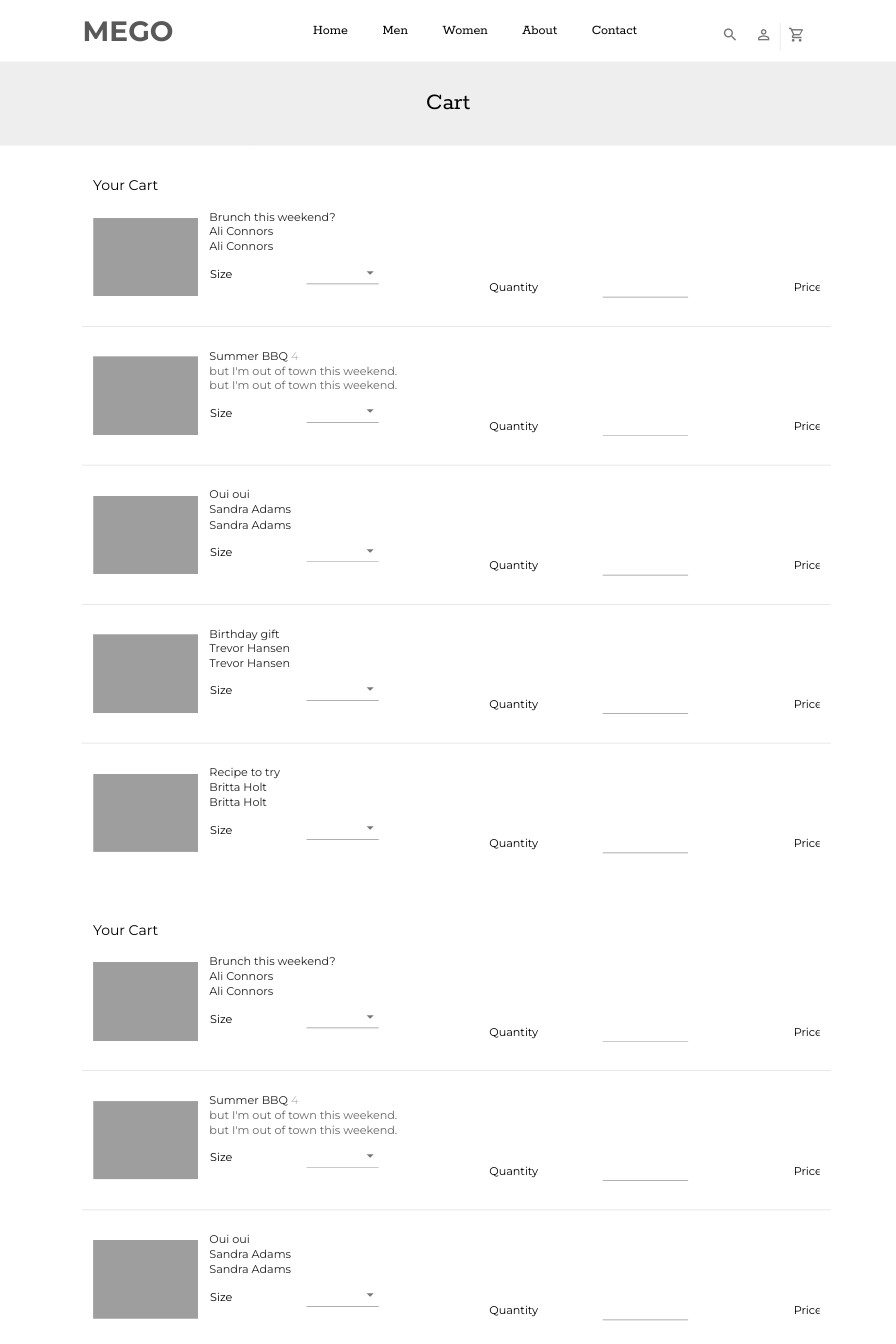
Repository: nguyenphuong152/mego-frontend
Page: /cart (app in frontend/)
The author's editor kept a copy of each file at every save. The page is drawn from the files as they stood at one save, then again after the next save.
The browser window is 1280 px wide. The pictures show the part of the page from y = 0 to 1920 px (the page is 2444 px tall before and 2684 px after), at 70% of full size.
Pictures or frames that could not be fetched are drawn as grey boxes. The project was rebuilt for these pictures with package versions that can differ from the ones it lists, and the page was loaded fresh each time. Also part of the build but not shown: frontend/vue.config.js, frontend/src/components/Customer/Collection.vue, frontend/src/components/Customer/Banner.vue, frontend/src/components/Customer/BestSeller.vue, frontend/src/components/Customer/Partner.vue, frontend/src/views/Customer/Home.vue, frontend/src/components/Customer/ProductCategory.vue, frontend/src/components/Customer/ProductView.vue and 10 more. Imported but missing from the stored project, and not drawn on this page: frontend/src/views/Admin/Category.vue, frontend/src/views/Admin/ManageProduct.vue, frontend/src/views/Admin/ManageUser.vue, frontend/src/views/Admin/OrderList.vue.

Above is the page before, as saved 2020-11-26 16:39:47.

### frontend/public/index.html
<!DOCTYPE html>
<html lang="en">
  <head>
    <meta charset="utf-8">
    <head>
      <title>MEGO</title>
    </head>
    <meta http-equiv="X-UA-Compatible" content="IE=edge">
    <meta name="viewport" content="width=device-width,initial-scale=1.0">
    <link rel="icon" href="<%= BASE_URL %>favicon.ico">
    <title><%= htmlWebpackPlugin.options.title %></title>
    <link href="https://fonts.googleapis.com/css?family=Montserrat:300,400,500,600,700" rel="stylesheet">
    <link href="https://fonts.googleapis.com/css?family=Rokkitt:100,300,400,700" rel="stylesheet">
    <link rel="stylesheet" href="https://fonts.googleapis.com/css?family=Roboto:100,300,400,500,700,900">
    <link rel="stylesheet" href="https://cdn.jsdelivr.net/npm/@mdi/font@latest/css/materialdesignicons.min.css">
  </head>
  <body>
    <noscript>
      <strong>We're sorry but <%= htmlWebpackPlugin.options.title %> doesn't work properly without JavaScript enabled. Please enable it to continue.</strong>
    </noscript>
    <div id="app"></div>
    <!-- built files will be auto injected -->
  </body>
</html>

### frontend/src/main.js
import Vue from 'vue'
import App from './App.vue'
import vuetify from './plugins/vuetify';
import router from './router'
import '../sass/style.scss'
import 'bootstrap/dist/css/bootstrap.css'
import 'bootstrap-vue/dist/bootstrap-vue.css'
import { BootstrapVue, IconsPlugin } from 'bootstrap-vue'

Vue.use(BootstrapVue)
// Optionally install the BootstrapVue icon components plugin
Vue.use(IconsPlugin)
Vue.config.productionTip = false

new Vue({
  vuetify,
  router,
  render: h => h(App)
}).$mount('#app')

### frontend/src/App.vue
<template>
  <v-app app>
    <v-container v-if="!['Admin', 'Banner', 'Category','Product','ManageUser','OrderList','Dashboard'].includes($route.name)">
      <Toolbar />
    </v-container>
    <v-main>
      <router-view></router-view>
    </v-main>
      <Footer v-if="!['Admin', 'Banner', 'Category','Product','ManageUser','OrderList','Dashboard'].includes($route.name)"/>
  </v-app>

</template>

<script>

import Footer from "./components/Customer/Footer";
import Toolbar from "./components/Customer/Toolbar";

export default {
  name: "App",

  components: {
    Toolbar,
    Footer
  },

  data: () => ({
    //
  }),
};
</script>

### frontend/src/plugins/vuetify.js
import Vue from 'vue';
import Vuetify from 'vuetify/lib';


Vue.use(Vuetify);

const vuetify = new Vuetify({
    theme: {
      themes: {
        light: {
          primary: '#000',
          secondary: '#b0bec5',
          accent: '#8c9eff',
          error: '#b71c1c',
        },
      },
    },
  })

export default new Vuetify({
    vuetify,
});

### frontend/src/router/index.js
import Vue from "vue";
import VueRouter from "vue-router";
import Home from "../views/Customer/Home.vue";
import Men from "../views/Customer/Men.vue";
import Women from "../views/Customer/Women.vue";
import Admin from "../views/Admin/Admin.vue";
import Product from "../views/Admin/ManageProduct.vue";
import Banner from "../views/Admin/Banner.vue";
import Category from "../views/Admin/Category.vue";
import ManageUser from "../views/Admin/ManageUser.vue";
import OrderList from "../views/Admin/OrderList.vue";
import Dashboard from "../views/Admin/Dashboard.vue"
//import ProductDetail from "../views/ProductDetail.vue"

Vue.use(VueRouter);

const routes = [
  {
    path: "/",
    name: "Home",
    component: Home,
  },
  {
    path: "/men",
    name: "Men",
    component: Men,
  },
  {
    path: "/women",
    name: "Women",
    component: Women,
  },
  {
    path: "/about",
    name: "About",
    // route level code-splitting
    // this generates a separate chunk (about.[hash].js) for this route
    // which is lazy-loaded when the route is visited.
    component: () =>
      import(/* webpackChunkName: "about" */ "../views/Customer/About.vue"),
  },
  {
    path: "/contact",
    name: "Contact",
    component: () =>
      import(/* webpackChunkName: "about" */ "../views/Customer/Contact.vue"),
  },
  {
    path: "/cart",
    name: "Cart",
    component: () =>
      import(/* webpackChunkName: "about" */ "../views/Customer/Cart.vue"),
  },
  {
    path: "/account",
    name: "Account",
    component: () =>
      import(/* webpackChunkName: "about" */ "../views/Customer/Account.vue"),
  },
  {
    path: "/userlogin",
    name: "UserLogin",
    component: () =>
      import(/* webpackChunkName: "about" */ "../views/Customer/UserLogin.vue"),
  },
  {
    path: "/checkout",
    name: "Checkout",
    component: () =>
      import(/* webpackChunkName: "about" */ "../views/Customer/Checkout.vue"),
  },
  {
    path: "/product/:id",
    name: "ProductDetail",
    component: () =>
      import(/* webpackChunkName: "about" */ "../views/Customer/ProductDetail.vue"),
  },
  {
    path: "/admin",
    name: "Admin",
    component: Admin,
    children: [
      {
        path: "/banner",
        name: "Banner",
        component: Banner,
      },
      {
        path: "/category",
        name: "Category",
        component: Category,
      },
      {
        path: "/product",
        name: "Product",
        component: Product,
      },
      {
        path: "/manageuser",
        name: "ManageUser",
        component: ManageUser,
      },
      {
        path: "/orderlist",
        name: "OrderList",
        component: OrderList,
      },
      {
        path: "/dashboard",
        name: "Dashboard",
        component: Dashboard,
      },
    ],
  },
];

const router = new VueRouter({
  mode: "history",
  base: process.env.BASE_URL,
  routes,
});

export default router;

### frontend/sass/style.scss

$font-primary: 'Montserrat',
Arial,
sans-serif;
$font-secondary: 'Rokkitt',
Georgia,
serif;


@import '~vuetify/src/styles/styles.sass';

// Overrides
$grid-gutter-width: 20px !default;
$border-radius-base: 4px !default;
$padding-base-vertical: 14px !default;

$brand-primary: #616161 !default;
$brand-secondary: #88c8bc !default;
$brand-yellow: #FFDD00 !default;
$brand-footer-color: #2C2E3E;

$brand-white: #fff;
$brand-black: #000;
$brand-darker: #444;
$brand-gray: #ccc;
$brand-lighter: #e9e9e9;
$brand-body-color: #e8e8e8;
$brand-selection-color: #f9f6f0;
$brand-overlay-color: #4c4a8a;
$brand-bg-color: $brand-white;

.v-btn {
  text-transform:none !important;
}
// .v-text-field{
//   width: 50px;
//   height: 10px;
// }

#app {
  -webkit-font-smoothing: antialiased;
  -moz-osx-font-smoothing: grayscale;

  text-align: center;
  .container {
    max-width: 1100px;
  }
  font: 300
}

.nav {
  padding-left: 0px;
  a {
    font-size: 20px;
    color: lighten($brand-black,35%);
    font-family: $font-secondary;
    text-decoration: none;
    font-weight: 500;
    &.router-link-exact-active {
      color: #42b983;
    }

  }
}

#logo {
  font-size: 40px;
  font-weight: 700;
  font-family: $font-primary;
  color: lighten($brand-black, 35%);
}


.slogan {
  font-size: 50px;
  color: #2c3e50;
  font-family: $font-secondary;
  text-decoration: none;
}

.title-collection{
  @extend .slogan;
  font-size: 25px;
}


.slogan-3 {
  @extend .slogan;
  font-size: 35px;
}

.title-shoes {
  @extend .slogan;
  font-size: 20px;
}


.footer-text {
  font-family:$font-primary;
  font-size: 16px;
}

.admin {
  font-family: $font-primary;
  font-size:16px;
}

.admin-nav {
  font-family: $font-primary !important;
  font-size: 20px !important;
  color: white !important;
}

### frontend/src/components/Customer/Footer.vue
<template>
  <v-footer class="white" padless>
    <v-row justify="center" no-gutters>
      <v-btn
        v-for="link in links"
        :key="link"
        color="black"
        text
        rounded
        class="my-2 footer-text"
      >
        {{ link }}
      </v-btn>
      <v-col class="white py-4 text-center fluid footer-text" cols="12">
        {{ new Date().getFullYear() }} — <strong>Made with love</strong>
      </v-col>
    </v-row>
  </v-footer>
</template>

<script>
export default {
  data: () => ({
    links: ["Home", "About Us", "Team", "Services", "Blog", "Contact Us"],
  }),
};
</script>

<style></style>

### frontend/src/components/Customer/Toolbar.vue
<template>
  <v-toolbar flat>
    <v-row class="d-flex align-baseline">
      <v-col cols="3" class="d-flex justify-lg-start">
        <v-toolbar-title id="logo">MEGO</v-toolbar-title>
      </v-col>
      <v-col class="d-flex justify-space-around text-start nav">
        <router-link to="/">Home</router-link>
        <router-link to="/men">Men</router-link>
        <router-link to="/women">Women</router-link>
        <router-link to="/about">About</router-link>
        <router-link to="/contact">Contact</router-link>
      </v-col>
      <v-col cols="2" class="d-flex justify-end">
        <v-btn icon>
          <v-icon>mdi-magnify</v-icon>
        </v-btn>
        <v-menu
          open-on-hover
          top
          offset-y
          :position-x="960"
          :position-y="230"
          absolute
        >
          <template v-slot:activator="{ on, attrs }">
            <v-btn icon v-bind="attrs" v-on="on">
              <v-icon>mdi-account-outline</v-icon>
            </v-btn>
          </template>

          <v-list class="text-start nav">
            <v-list-item v-for="(item, index) in routes" :key="index" :to="item.path">
              <v-list-item-title>{{ item.name }}</v-list-item-title>
            </v-list-item>
          </v-list>
        </v-menu>
        <v-divider vertical inset></v-divider>
        <v-btn icon @click="goToCart">
          <v-icon>mdi-cart-outline</v-icon>
        </v-btn>
      </v-col>
    </v-row>
  </v-toolbar>
</template>

<script>
export default {
  data: () => ({
    routes: [
      {
        path:"/checkout",
        name:"Check Out"
       },
       {
        path:"/account",
        name:"My Account"
       },
       {
        path:"/userlogin",
        name:"User Login"
       },

    ],
  }),
  methods: {
     goToCart: function() {
     this.$router.push({name: 'Cart'})
     }
  }
};
</script>

<style></style>

### frontend/src/views/Customer/Cart.vue
<template>
  <div class="cart app">
   <v-sheet color="grey lighten-3" height="120">
      <v-container py-8>
        <a class="slogan-3">Cart</a>
      </v-container>
    </v-sheet>
     <div>
       <v-container>
 <v-row>
         <v-col>
<totalProducts/>
         </v-col>
   <v-col>
<totalProducts/>
         </v-col>
       </v-row>
       </v-container>

  </div>
  </div>
</template>

<script>

import totalProducts from '../../components/Customer/TotalProducts'


export default {
  components: {totalProducts},
   data () {

   }
}
</script>

### frontend/src/components/Customer/TotalProducts.vue
<template>
  <v-container class="app">
    <v-list three-line>
      <template v-for="(item, index) in items">
        <v-subheader
          class="admin-nav black--text"
          v-if="item.header"
          :key="item.header"
          v-text="item.header"
        ></v-subheader>

        <v-divider v-else-if="item.divider" :key="index"></v-divider>

        <v-list-item v-else :key="item.title">
          <v-img :src="item.avatar" max-height="150" max-width="150"></v-img>
          <v-list-item-content class="text-start ml-4">
            <v-list-item-title
              v-html="item.title"
              class="admin"
            ></v-list-item-title>
            <v-list-item-subtitle
              class="admin"
              v-html="item.subtitle"
            ></v-list-item-subtitle>
            <v-list-item-subtitle
              class="admin"
              v-html="item.subtitle"
            ></v-list-item-subtitle>
            <v-row class="pl-4 d-flex align-center">
              <v-col class="pa-0 admin" cols="4">
                <a>Size</a>
              </v-col>
              <v-col class="pa-0 admin text-start " cols="3">
                <v-select :items="size"></v-select>
              </v-col>
            </v-row>
            <v-row class="pl-4 d-flex align-center">
              <v-col class="pa-0 admin " cols="4">
                <a>Quantity</a>
              </v-col>
              <v-col class="pa-0 admin" cols ="3">
                <v-text-field single-line></v-text-field>
              </v-col>
              <v-col class="text-end admin">
                <a> Price</a>
              </v-col>
            </v-row>
          </v-list-item-content>
        </v-list-item>
      </template>
    </v-list>
  </v-container>
</template>

<script>
export default {
  data: () => ({
    items: [
      { header: "Your Cart" },
      {
        avatar: "https://cdn.vuetifyjs.com/images/lists/1.jpg",
        title: "Brunch this weekend?",
        subtitle: `<span class="text--primary">Ali Connors</span>`,
      },
      { divider: true, inset: true },
      {
        avatar: "https://cdn.vuetifyjs.com/images/lists/2.jpg",
        title: 'Summer BBQ <span class="grey--text text--lighten-1">4</span>',
        subtitle: `but I'm out of town this weekend.`,
      },
      { divider: true, inset: true },
      {
        avatar: "https://cdn.vuetifyjs.com/images/lists/3.jpg",
        title: "Oui oui",
        subtitle: '<span class="text--primary">Sandra Adams</span> ',
      },
      { divider: true, inset: true },
      {
        avatar: "https://cdn.vuetifyjs.com/images/lists/4.jpg",
        title: "Birthday gift",
        subtitle: '<span class="text--primary">Trevor Hansen</span> ',
      },
      { divider: true, inset: true },
      {
        avatar: "https://cdn.vuetifyjs.com/images/lists/5.jpg",
        title: "Recipe to try",
        subtitle: '<span class="text--primary">Britta Holt</span>',
      },
    ],
    size: ["Foo", "Bar", "Fizz", "Buzz"],
  }),
};
</script>

<style></style>

After the next save:
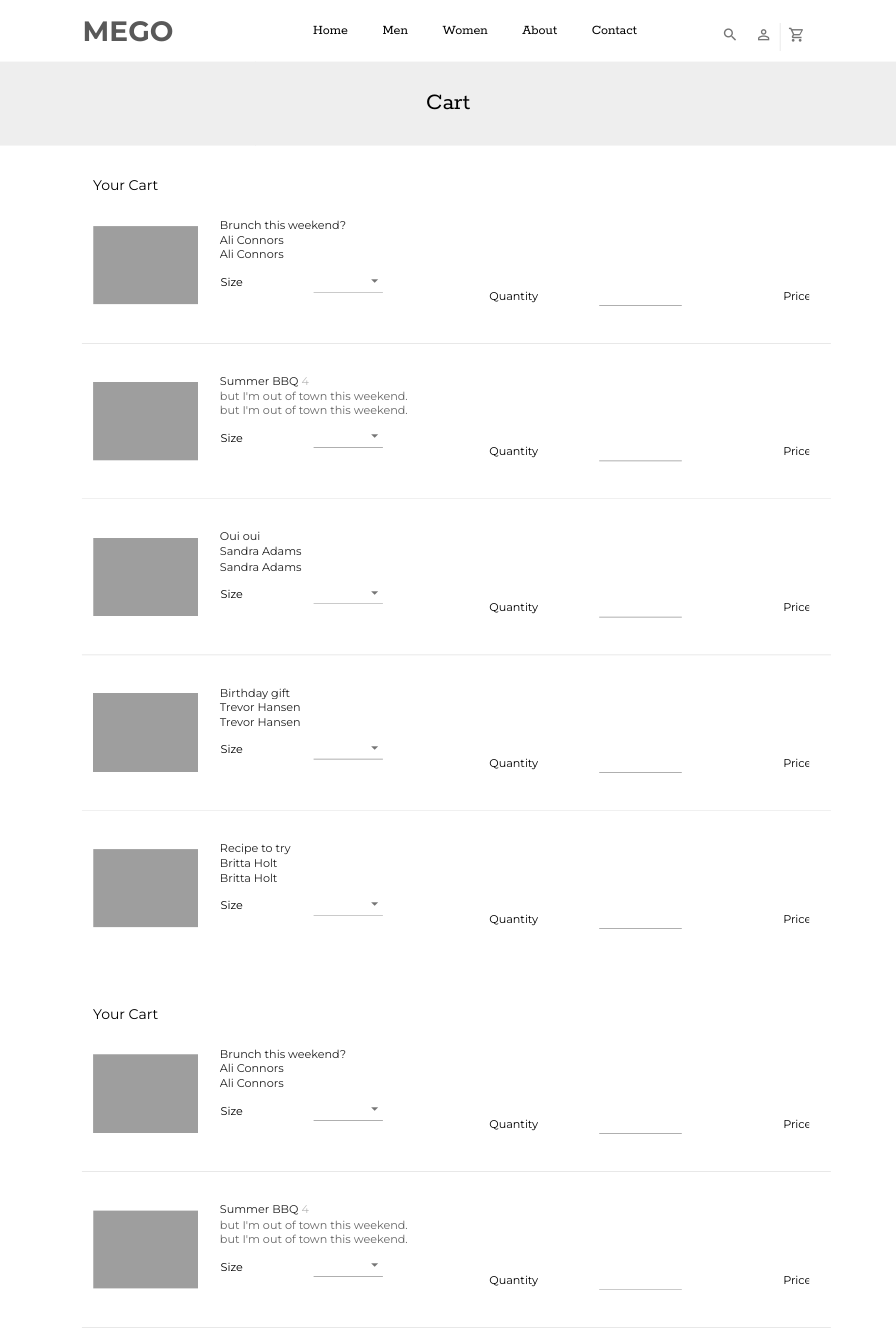
Saved 2 min 40 s later.
--- a/frontend/src/components/Customer/TotalProducts.vue
+++ b/frontend/src/components/Customer/TotalProducts.vue
@@ -13,39 +13,41 @@
 
         <v-list-item v-else :key="item.title">
           <v-img :src="item.avatar" max-height="150" max-width="150"></v-img>
-          <v-list-item-content class="text-start ml-4">
-            <v-list-item-title
-              v-html="item.title"
-              class="admin"
-            ></v-list-item-title>
-            <v-list-item-subtitle
-              class="admin"
-              v-html="item.subtitle"
-            ></v-list-item-subtitle>
-            <v-list-item-subtitle
-              class="admin"
-              v-html="item.subtitle"
-            ></v-list-item-subtitle>
-            <v-row class="pl-4 d-flex align-center">
-              <v-col class="pa-0 admin" cols="4">
-                <a>Size</a>
-              </v-col>
-              <v-col class="pa-0 admin text-start " cols="3">
-                <v-select :items="size"></v-select>
-              </v-col>
-            </v-row>
-            <v-row class="pl-4 d-flex align-center">
-              <v-col class="pa-0 admin " cols="4">
-                <a>Quantity</a>
-              </v-col>
-              <v-col class="pa-0 admin" cols ="3">
-                <v-text-field single-line></v-text-field>
-              </v-col>
-              <v-col class="text-end admin">
-                <a> Price</a>
-              </v-col>
-            </v-row>
-          </v-list-item-content>
+          <v-container>
+            <v-list-item-content class="text-start ml-4">
+              <v-list-item-title
+                v-html="item.title"
+                class="admin"
+              ></v-list-item-title>
+              <v-list-item-subtitle
+                class="admin"
+                v-html="item.subtitle"
+              ></v-list-item-subtitle>
+              <v-list-item-subtitle
+                class="admin"
+                v-html="item.subtitle"
+              ></v-list-item-subtitle>
+              <v-row class="pl-4 d-flex align-center">
+                <v-col class="pa-0 admin" cols="4">
+                  <a>Size</a>
+                </v-col>
+                <v-col class="pa-0 admin text-start " cols="3">
+                  <v-select :items="size"></v-select>
+                </v-col>
+              </v-row>
+              <v-row class="pl-4 d-flex align-center">
+                <v-col class="pa-0 admin " cols="4">
+                  <a>Quantity</a>
+                </v-col>
+                <v-col class="pa-0 admin" cols="3">
+                  <v-text-field single-line></v-text-field>
+                </v-col>
+                <v-col class="text-end admin">
+                  <a> Price</a>
+                </v-col>
+              </v-row>
+            </v-list-item-content>
+          </v-container>
         </v-list-item>
       </template>
     </v-list>
